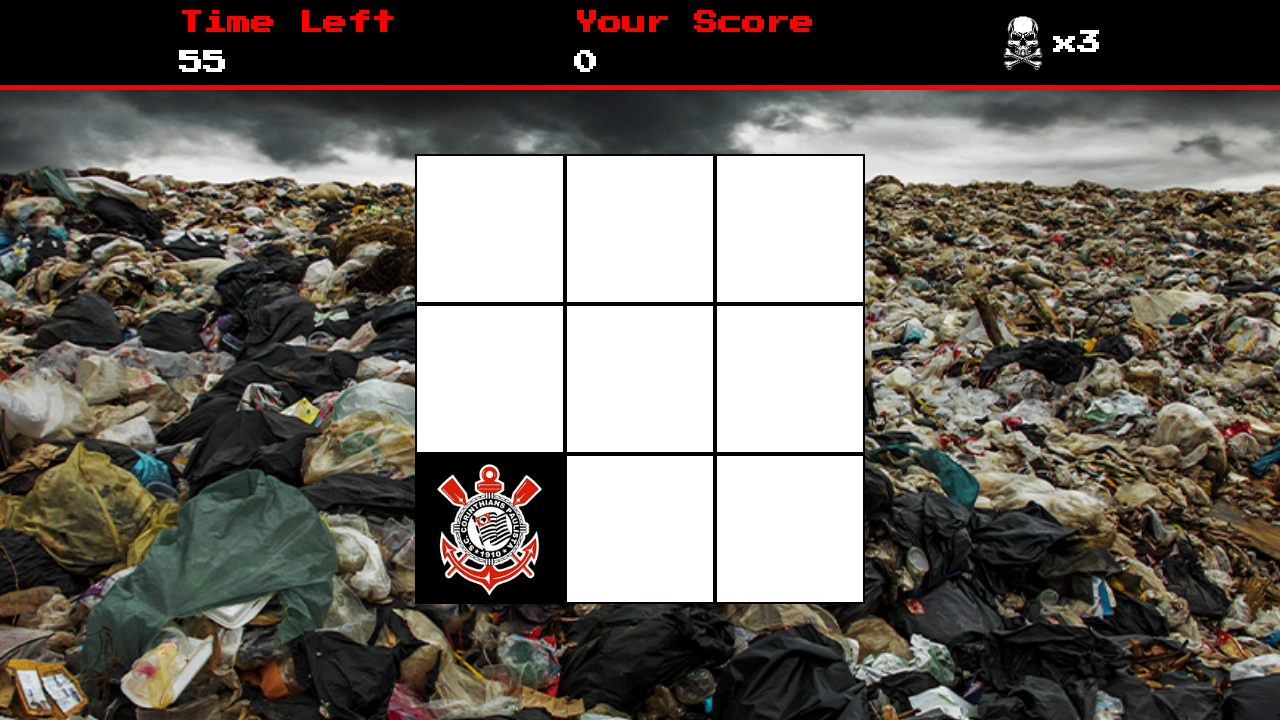
Repository: saulobeltrame/jogo-corinthians
Page: index.html
An editor plug-in stored every save of this project. The page is shown before and after the next save, followed by the edit.
The browser window is 1280 px wide. The pictures show the whole page.
Some web fonts or font styles are not loaded; a fallback is used.

Above is the page before, as saved 2024-11-20 21:38:59.

### index.html
<!-- confg -->
<!DOCTYPE html>
<html lang="pt-br">

<head>
    <meta charset="UTF-8">
    <meta name="viewport" content="width=device-width, initial-scale=1.0">
    <title>Elimine o lixo</title>
    <!-- fonts -->
    <link rel="preconnect" href="https://fonts.googleapis.com">
    <link rel="preconnect" href="https://fonts.gstatic.com" crossorigin>
    <link
        href="https://fonts.googleapis.com/css2?family=Cabin:ital,wght@0,400..700;1,400..700&family=Notable&family=Press+Start+2P&family=Raleway:ital,wght@0,100..900;1,100..900&display=swap"
        rel="stylesheet">
    <!-- styles -->
    <link rel="stylesheet" href="./src/styles/reset.css">
    <link rel="stylesheet" href="./src/styles/main.css">
</head>

<body>

    <div class="container">
        <div class="menu">
            <div class="menu-time">
                <h2 style="color: red;">Time Left</h2>
                <h2 id="time-left">0</h2>
            </div>
            <div class="menu-score">
                <h2 style="color: red;">Your Score</h2>
                <h2 id="score">0</h2>

            </div>
            <div class="menu-lives">
                <img src="./src/images/caveira.jpg" height="60px">
                <h2>x3</h2>
            </div>

        </div>

        <div class="panel">
            <div class="panel-row">
                <div class="square enemy" id="1"></div>
                <div class="square" id="2"></div>
                <div class="square" id="3"></div>
            </div>
            <div class="panel-row">
                <div class="square" id="4"></div>
                <div class="square" id="5"></div>
                <div class="square" id="6"></div>
            </div>
            <div class="panel-row">
                <div class="square" id="7"></div>
                <div class="square" id="8"></div>
                <div class="square" id="9"></div>
            </div>
        </div>

    </div>


    <script defer src="./src/scripts/engine.js"></script>
</body>

</html>

### src/styles/reset.css
*{
    margin:0%;
    padding: 0%;
    box-sizing: border-box;
    /*font-family: "Bebas Neue" , sans-serif;*/
    font-family: "Press Start 2P", cursive;
}

### src/styles/main.css
body{
    background-color: #f0f8ff;
}
.container{
    display:flex;
    flex-direction: column;
    height: 100vh;
    background-image: url(../images/20170116_00_lixoindustrial.jpg);
    background-repeat: no-repeat;
    background-size: cover;
}
.menu{
    display: flex;
    justify-content: space-evenly;
    align-items: center;
    margin-bottom: 5%;
    height: 90px;
    width: 100%;
    background-color: #000000;
    color:rgb(255, 255, 255);
    border-bottom: 5px solid #ff0000;
}
.panel{
    display: flex;
    align-items: center;
    justify-content: center;

}
.square{
    height: 150px;
    width: 150px;
    border: 2px solid rgb(0, 0, 0);
    background-color: #ffffff;
}
.enemy{
    background-image: url(../images/f73aea3ffc64c8fed5872ac0e736c656.png);
    background-size:cover;
    background-position: center;

}
.menu-lives{
    display: flex;
    align-items: center;
    justify-content:center;
}
.menu-time h2:nth-child(2),
.menu-score h2:nth-child(2){
    margin-top: 1rem;
}

### src/scripts/engine.js
const state = {
    view: {
        squares: document.querySelectorAll(".square"),
        enemy: document.querySelector(".enemy"),
        timeleft: document.querySelector("#time-left"),
        score: document.querySelector("#score")
    },
    values: {
        gameVelocity: 550,
        hitPosition: 0,
        result: 0,
        currentTime: 60,
    },
    actions:{
        timerId: setInterval(randomSquare, 550),
        countDownTimerId: setInterval(countDown, 1000),
    }
};

function countDown(){
    state.values.currentTime--;
    state.view.timeleft.textContent = state.values.currentTime;

    if(state.values.currentTime <= 0){
        clearInterval(state.actions.countDownTimerId)
        clearInterval(state.actions.timerId)
        alert("Seu tempo acabou! Você eliminou: " + state.values.result + " lixos");
    }
}

function playSound(){
    let audio = new Audio("./src/audios/Tirosniper1.mp3");
    audio.play();
}

function randomSquare() {
    state.view.squares.forEach((square) => {
        square.classList.remove("enemy");
    });

    let randomNumber = Math.floor(Math.random() * 9)
    let randomSquare = state.view.squares[randomNumber]
    randomSquare.classList.add("enemy")
    state.values.hitPosition = randomSquare.id;
}

function moveEnemy() {
    state.values.timerId = setInterval(randomSquare, state.values.gameVelocity);
}
function addListenerHitBox() {
    state.view.squares.forEach((square) => {
        square.addEventListener("mousedown", () => {
            if (square.id === state.values.hitPosition) {
                state.values.result++;
                state.view.score.textContent = state.values.result;
                state.values.hitPosition = null
                playSound();
            }

        })
    })
}

function init() {
    addListenerHitBox();
}


init();

After the next save:
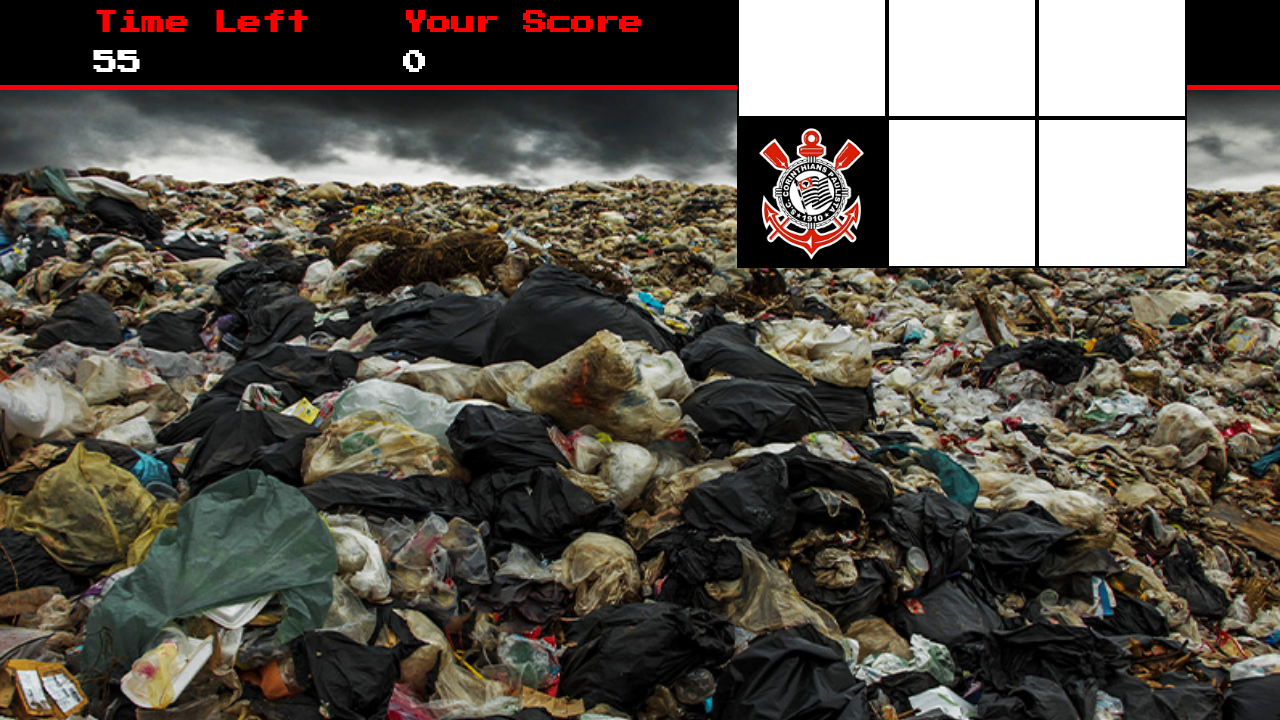
Saved 19 s later.
--- a/index.html
+++ b/index.html
@@ -29,12 +29,6 @@
                 <h2 style="color: red;">Your Score</h2>
                 <h2 id="score">0</h2>
 
-            </div>
-            <div class="menu-lives">
-                <img src="./src/images/caveira.jpg" height="60px">
-                <h2>x3</h2>
-            </div>
-
         </div>
 
         <div class="panel">

After the save that followed:
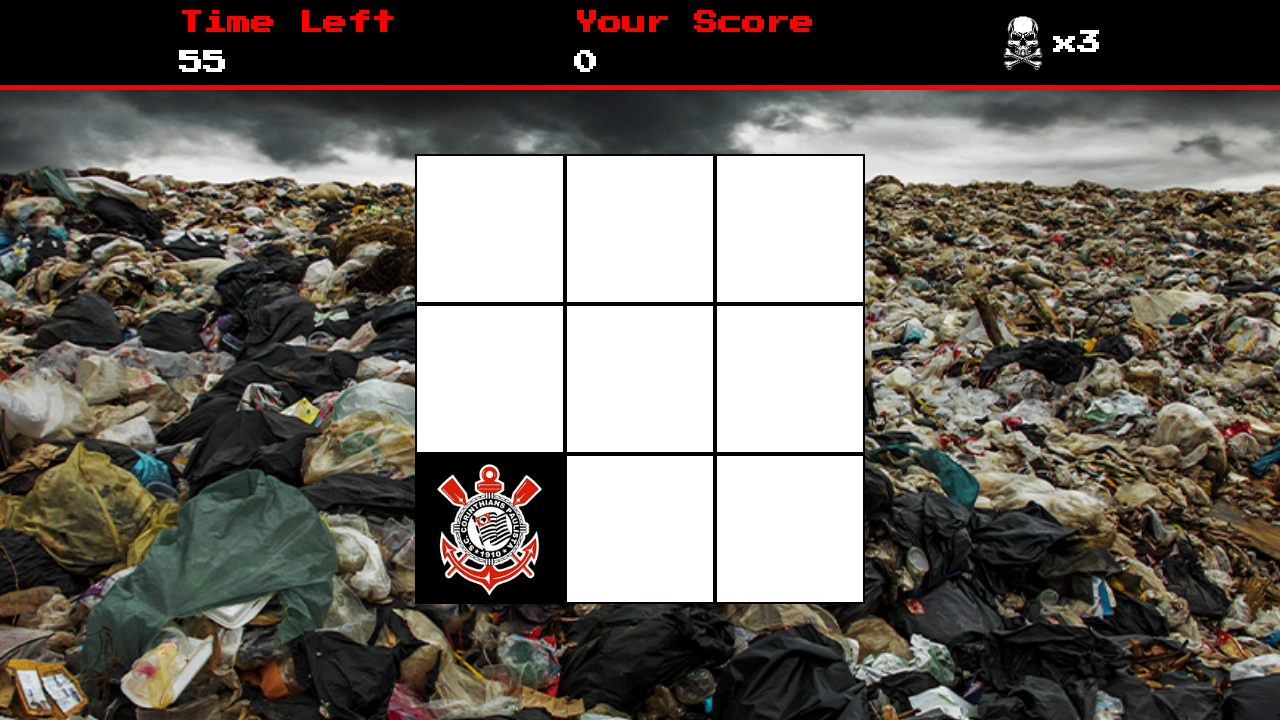
Saved 15 s later.
--- a/index.html
+++ b/index.html
@@ -29,6 +29,12 @@
                 <h2 style="color: red;">Your Score</h2>
                 <h2 id="score">0</h2>
 
+            </div>
+            <div class="menu-lives">
+                <img src="./src/images/caveira.jpg" height="60px">
+                <h2>x3</h2>
+            </div>
+
         </div>
 
         <div class="panel">
